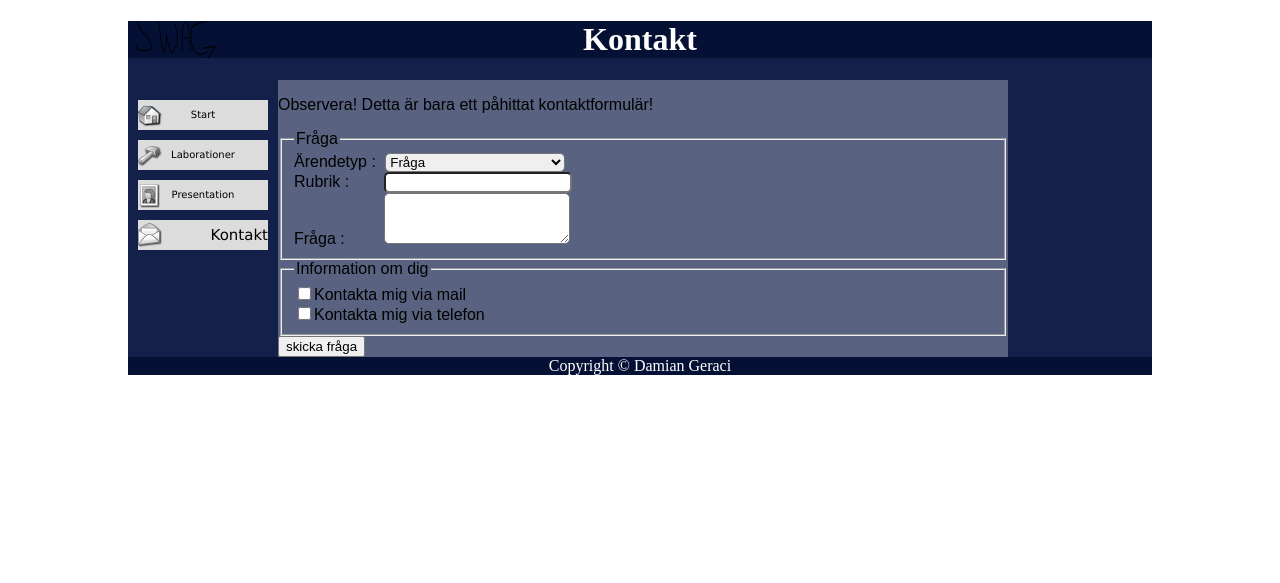
Repository: dg222dm/1ik415-laborationer
Page: pages/kontakt.html
The author's editor kept a record of every edit. The page is drawn from the files as they stood at one moment, then again after the next edit.
The browser window is 1280 px wide. The pictures show the whole page.

Above is the page before.

### pages/kontakt.html
<!doctype html>
<html lang="sv">
    <head>
        <link rel="stylesheet"  href="../css/style.css" media="screen" />
        <link rel="stylesheet"  href="../css/printfriendly.css" media="print" />
        <meta charset="utf-8" />
        <title>Kontakt</title>
    </head>
    <body>
        <div id="background">
        <div id="header">
            <h1>Kontakt</h1>
        </div>
        <div id ="nav">
        <!--Lista med länkar -->
            <ul>
                <li><a id="home-icon" href="../index.html">Start</a></li>
                <li><a id="tool-icon" href="laborationer.html">Laborationer</a></li>
                <li><a id="presentation-icon" href="presentation.html">Presentation</a></li>
                <li class="active"><a id="contact-icon" href="kontakt.html" >Kontakt</a></li>

    <!--Slut på länk lista -->
            </ul>
        </div>
        <div id="content">
        <article>
            <p>Observera! Detta är bara ett påhittat kontaktformulär!</p>
            <form method="post" action="http://voyager.lnu.se/tekinet/kurser/dtt/wp_webbintro/form.php">

                <fieldset>
                    <legend>Fråga</legend>

                    <label for="arendetyp">Ärendetyp :</label>
                    <select name="arendetyp" id="text3">
                          <option value="fråga">Fråga</option>
                          <option value="test">test</option>
                    </select><br />

                    <label for="rubrik">Rubrik :</label><input type="text" id="text" name="rubrik"><br />

                   <label for="fraga">Fråga :
                        <textarea name="fraga" id="text2" rows="3" cols="25"></textarea></label>
                </fieldset>
                <fieldset>
                    <legend>Information om dig</legend>
                    <input type="checkbox" name="kontaktamigviamail" value="mail">Kontakta mig via mail<br />
                    <input type="checkbox" name="kontaktamigviatelefon" value="telefon">Kontakta mig via telefon
                </fieldset>
                <!-- fråga läraren -->
                <input type="submit" name="knapp" value="skicka fråga" />
            </form>
        </article>
        </div>
        <div id="footer">
            Copyright © Damian Geraci
        </div>
        </div>
    </body>
</html>

### css/style.css
#header {
    width:1024px;
    background-color:#051035;
    color:white;
    text-align:center;
    background-image: url(../css/pics/svgLogo.svg);
    background-size: 100px 100px;
    background-position: left -20px;
    background-repeat: no-repeat;

}
#nav ul{
    line-height:30px;
    background-color:#13214A;
    list-style-type: none;
    font-family: verdana;
    font-size:10px;
    float:left;
    padding: 0;
    text-align:center;


}

#nav li{
    margin: 10px ; /*Mellan rum mellan list items*/

}

.active {
    font-size:15px;
    text-align:right;
}

#nav a{
    display: block;
    width: 130px;
    background-color: #dcdcdc;
    text-decoration: none; /*tar bort understräcken*/
    background-image: url(../css/pics/sprite.png);
    background-repeat:no-repeat;
}

#home-icon { background-position: 0 -44px}
#home-icon:hover {background-position: 0px 4px}

#tool-icon { background-position: 0px -140px}
#tool-icon:hover {background-position: 0 -92px}

#presentation-icon { background-position: 0px -236px}
#presentation-icon:hover {background-position: 0 -188px}

#contact-icon { background-position: 0px -333px}
#contact-icon:hover {background-position: 0 -285px}

#nav a:link, #nav a:active, #nav a:visited {
    color: #000000;
}



#background {
    width:1024px;
    height:auto;
    margin:0 auto;
    background-color:#13214A;
}



#footer {
    background-color:#051035;
    width:1024px;
    color:white;
    clear:both;
    text-align:center;

}

#content {
  width: 730px;
  float:left;
  background-color:#596381;
  height: auto;
  font-family: sans-serif;

}

.right {
    float: right;
    border:1px solid #021a40;
    padding: 1px;
}
.left {
    float: left;
    border:1px solid #021a40;
    padding: 1px;
}

.center {
    margin-left:220px;

  }

  table, td, th {
    border: 1px  solid;
}

th {
    background-color: green;
    color: white;
}

#text {
    border-radius:5px;
    margin-left:35px;
    width: 180px;
}

#text2 {
    max-width:600px;
    width:180px;
    max-height:100px;
    border-radius:5px;
    margin-left:35px;
}

#text3 {
    border-radius:5px;
    width:180px;
    margin-left: 5px;
}

/*
header färg: #051035
nav fönster färg: #3E496F
bakgrundsfärg: #13214A
content färg: #596381
footer färg: #051035

*/

### css/printfriendly.css
body {
    background-color: white;
    color: black;
    font-family: Times,
    "Times New Roman",
    Garamond, serif;
}

#nav {
    display: none;
}

img {
    display: none;
}

video {
    display: none;
}

#header h1 {
    background-color: black;
    font-size: 24pt;
    text-align: center;
    text-transform: uppercase;
    font-family: Helvetica,
    Arial, Verdana, sans-serif;
    padding: 7pt;
}

#header h1 a {
    color: white;
}

#content h2 {
    padding: 0;
    margin: 0;
    font-size: 20pt;
    border-bottom: 1px solid black;
}

#content h3 {
    padding: 0;
    margin: 0;
    text-align: left;
    font-style: italic;
}

#content h4 {
    font-family: Helvetica,
    Verdana, Arial,
    sans-serif;
    border-top: 3pt solid black;
    background-color: #BEBEBE;
    /* ~30% black*/
    padding: 12pt;
    margin: 0;
}

#content p {
    line-height: 18pt;
}



#content a:after {
    content: " <"
    attr(href) "> ";
    font-family:courier, monospace;
    font-weight: normal;
}

a {
    text-decoration: none;
    font-weight: bold;
    color: #626466;
}

#footer {
    border-top: 1px solid #000;
    text-align: center;
    font-family: Helvetica,
    Verdana, Arial,
    sans-serif;
}

  table, td, th {
    border: 1px  solid;
}

th {
    background-color: White;
    color: Black;
}

### css/mobile.css
@media screen and (max-width: 481px) {
#content {
	width: 100%;
	float: none;
}
#sidebar {
	width: 100%;
	float: none;
}

img {
	max-width: 100%;
	height: auto;
	width: auto\9; /* ie8 */
}
}
#header {
    width:100%;
    background-color:#051035;
    color:white;
    text-align:center;
    background-image: url(../css/pics/svgLogo.svg);
    background-size: 9.76% 9.76%;
    background-position: left 1.9%;
    background-repeat: no-repeat;

}
#nav ul{
    line-height:30px;
    background-color:#13214A;
    list-style-type: none;
    font-family: verdana;
    font-size:10px;
    padding: 0;
    float:none;
    text-align:center;


}

#nav li{
    margin: 0.97% ; /*Mellan rum mellan list items*/

}

.active {
    font-size:15px;
    text-align:right;
}

#nav a{
    display: block;
    width: 100%;
    background-color: #dcdcdc;
    text-decoration: none; /*tar bort understräcken*/
    background-image: url(../css/pics/sprite.png);
    background-repeat:no-repeat;
}

#home-icon { background-position: 0 -44px}
#home-icon:hover {background-position: 0px 4px}

#tool-icon { background-position: 0px -140px}
#tool-icon:hover {background-position: 0 -92px}

#presentation-icon { background-position: 0px -236px}
#presentation-icon:hover {background-position: 0 -188px}

#contact-icon { background-position: 0px -333px}
#contact-icon:hover {background-position: 0 -285px}

#nav a:link, #nav a:active, #nav a:visited {
    color: #000000;
}



#background {
    width:100%;
    height:auto;
    margin:0 auto;
    background-color:#13214A;
}



#footer {
    background-color:#051035;
    width:100%;
    color:white;
    clear:both;
    text-align:center;

}

#content {
  width: 71.28%;
  float:left;
  background-color:#596381;
  height: auto;
  font-family: sans-serif;

}

.right {
    float: right;
    border:1px solid #021a40;
    padding: 1px;
}
.left {
    float: left;
    border:1px solid #021a40;
    padding: 1px;
}

.center {
    margin-left:21.48%;

  }

  table, td, th {
    border: 1px  solid;
}

th {
    background-color: green;
    color: white;
}

#text {
    border-radius:0.48%;
    margin-left:3.41%;
    width: 17.57%;
}

#text2 {
    max-width:58.59%;
    width:17.57%;
    max-height:9.76%;
    border-radius:0.48%;
    margin-left:3.41%;
}

#text3 {
    border-radius:0.48%;
    width:17.57%;
    margin-left: 0.48%;
}

/*
header färg: #051035
nav fönster färg: #3E496F
bakgrundsfärg: #13214A
content färg: #596381
footer färg: #051035

*/

After the next edit:
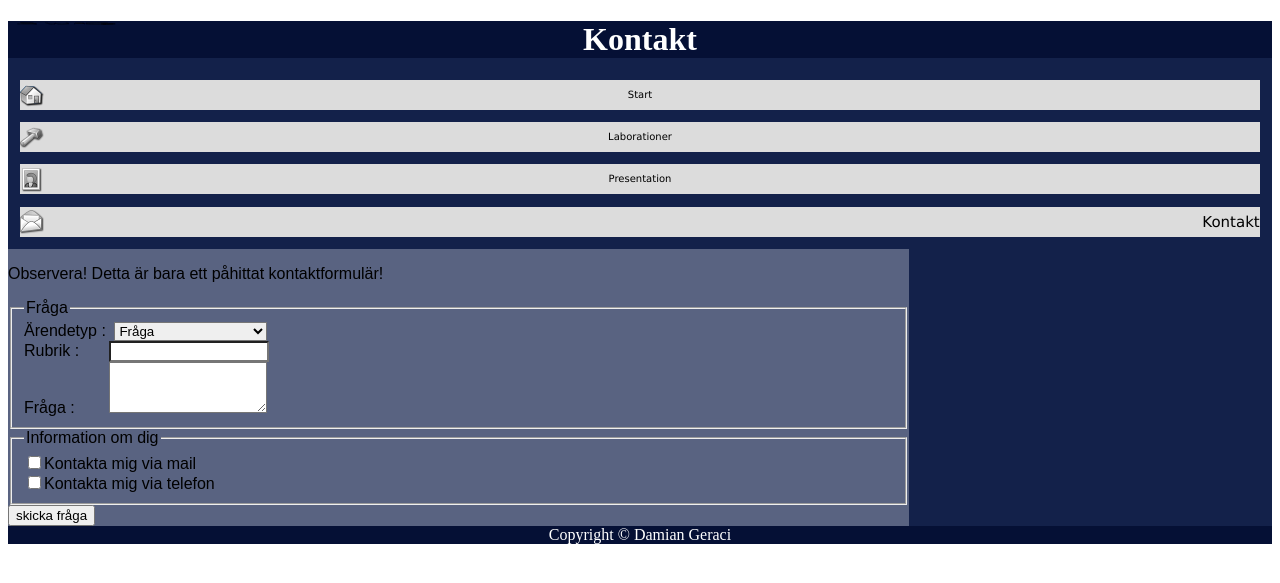
The edit:
--- a/pages/kontakt.html
+++ b/pages/kontakt.html
@@ -3,6 +3,8 @@
     <head>
         <link rel="stylesheet"  href="../css/style.css" media="screen" />
         <link rel="stylesheet"  href="../css/printfriendly.css" media="print" />
+        <meta name="viewport" content="width=device-width; initial-scale=1; maximum-scale=1">
+        <link rel="stylesheet"  href="../css/mobile.css" />
         <meta charset="utf-8" />
         <title>Kontakt</title>
     </head>
